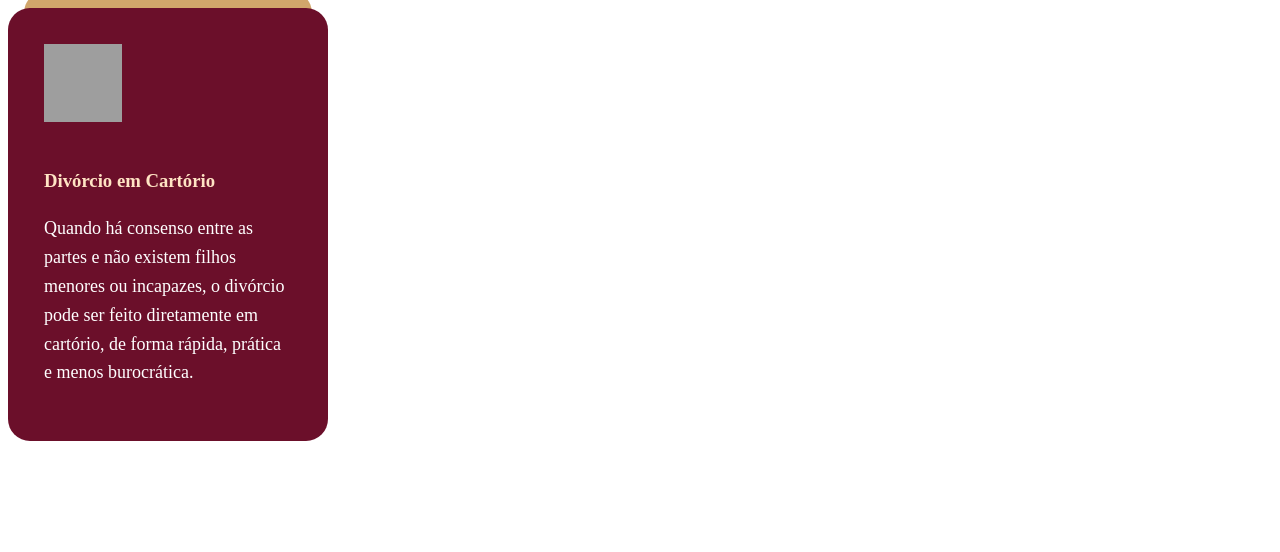
Repository: EmanuelVieiira/landing-page-advocacia
Page: teste.html
These files come from the project's save history. The page is drawn as it stood at one moment and after the next save; the edit follows.
The browser window is 1280 px wide. The pictures show the whole page.
Pictures or frames that could not be fetched are drawn as grey boxes.

Above is the page before, as saved 2026-02-04 23:20:12.

After the next save:
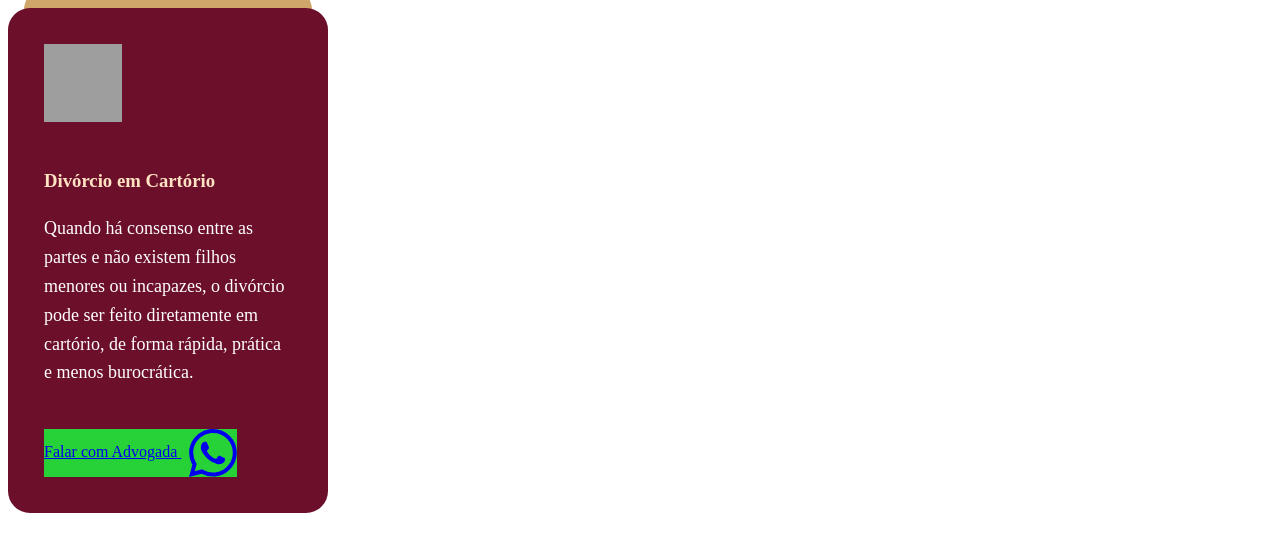
Saved 38 s later.
--- a/teste.html
+++ b/teste.html
@@ -112,16 +112,7 @@
 }
 .btn-whatsapp {
     background-color: #27d238;
-    color:#fdfdfd;;
-    padding: 9px 27px;
-    text-decoration: none;
-    border-radius: 7px;
-    font-weight: bold;
-    display: none;
-    align-items: center;
-    gap: 9px;
-    transition: all 0.3s ease;
-    font-size: 16px;
+
 }
 
     </style>

After the save that followed:
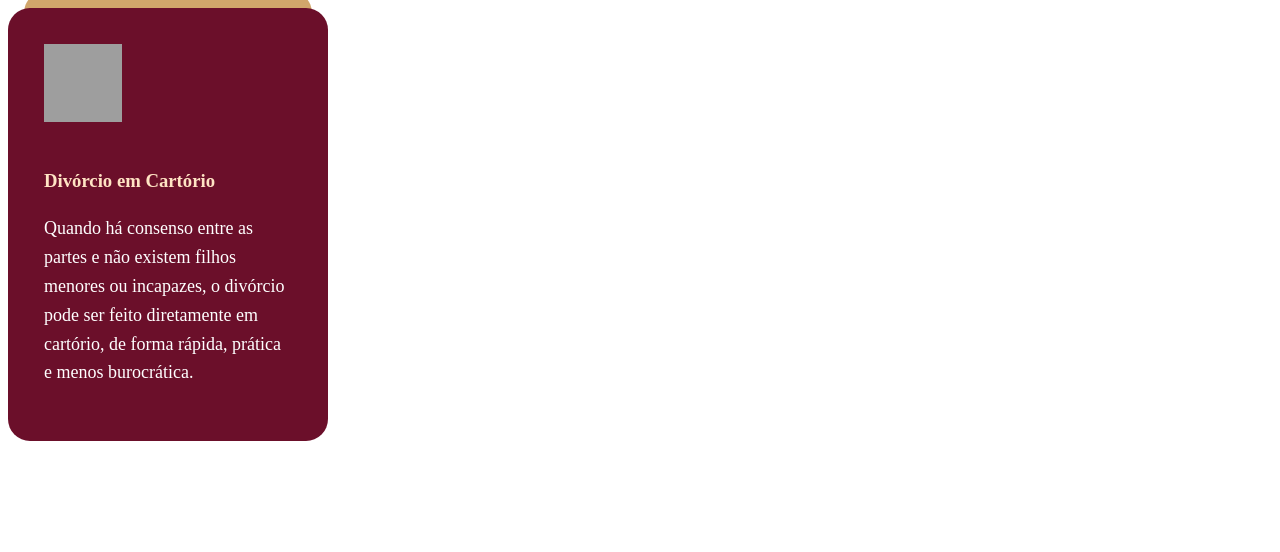
Saved 13 s later.
--- a/teste.html
+++ b/teste.html
@@ -112,7 +112,16 @@
 }
 .btn-whatsapp {
     background-color: #27d238;
-
+    color:#fdfdfd;;
+    padding: 9px 27px;
+    text-decoration: none;
+    border-radius: 7px;
+    font-weight: bold;
+    display: none;
+    align-items: center;
+    gap: 9px;
+    transition: all 0.3s ease;
+    font-size: 16px;
 }
 
     </style>
